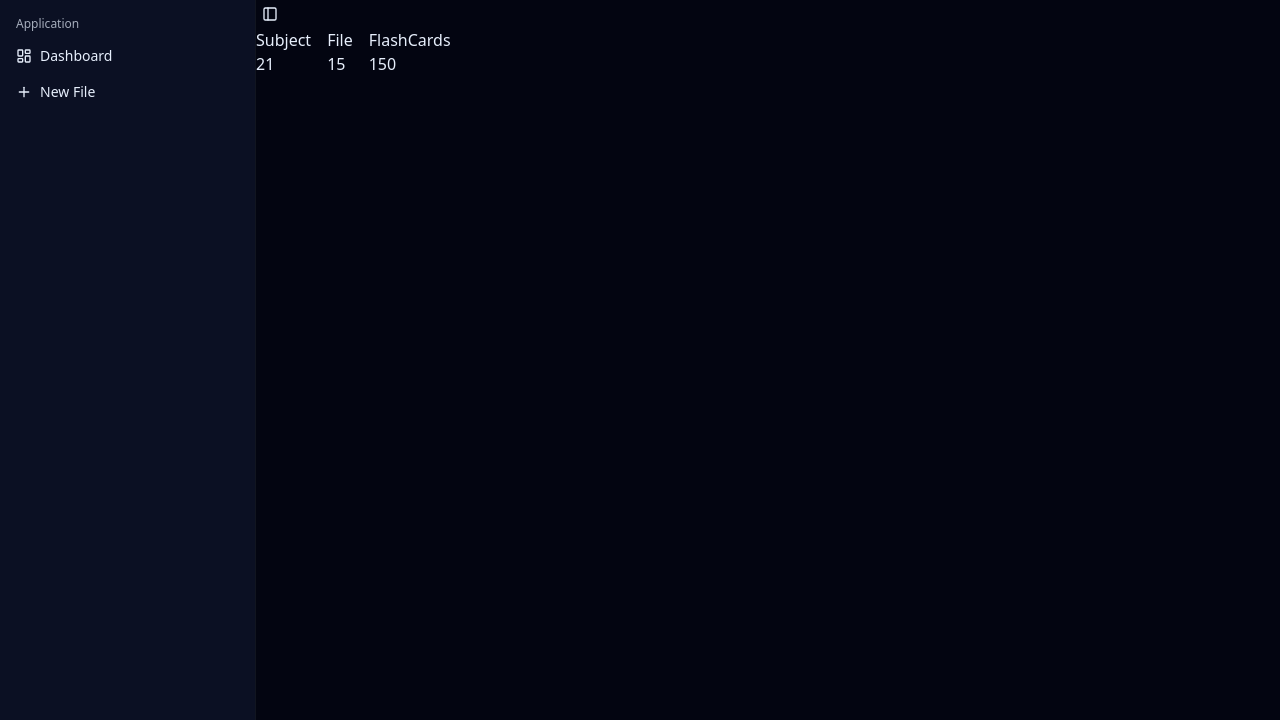
Repository: SywarDer/Student-Assistance
Page: /dashboard (app in student-assistant/)
An editor plug-in stored every save of this project. The page is shown before and after the next save, followed by the edit.
The browser window is 1280 px wide. The pictures show the whole page.
The project was rebuilt for these pictures with package versions that can differ from the ones it lists, and the page was loaded fresh each time. The framework's server and built-in components were replaced by stand-ins that run in the browser. Also part of the build but not shown: student-assistant/next.config.ts, student-assistant/components/ui/input.tsx, student-assistant/components/ui/separator.tsx, student-assistant/components/ui/skeleton.tsx. Imported but missing from the stored project, and not drawn on this page: student-assistant/components/ui/sheet.

Above is the page before, as saved 2025-10-30 19:47:18.

### student-assistant/app/layout.tsx
import type { Metadata } from "next";
import { Geist, Geist_Mono } from "next/font/google";
import "./globals.css";
import { SidebarProvider, SidebarTrigger } from "@/components/ui/sidebar";
import { AppSidebar } from "./home/components/navBar";

const geistSans = Geist({
  variable: "--font-geist-sans",
  subsets: ["latin"],
});

const geistMono = Geist_Mono({
  variable: "--font-geist-mono",
  subsets: ["latin"],
});

export const metadata: Metadata = {
  title: "Create Next App",
  description: "Generated by create next app",
};

export default function RootLayout({
children,
}: Readonly<{
  children: React.ReactNode;
}>) {
  return (
    <html lang="en">
      <body
        className={`${geistSans.variable} ${geistMono.variable} antialiased`}
      >
        <SidebarProvider>
      <AppSidebar />
      <main>
        <SidebarTrigger />
        {children}
         </main>
    </SidebarProvider>
      </body>
    </html>
  );
}

### student-assistant/app/dashboard/page.tsx
export default function Dashboard(){
    return(

        <div className="flex space-x-4">
            <div className="rounded-lg">
                <h1 className="">Subject</h1>
                <h1>21</h1>
            </div>
            <div>
                <h1>File</h1>
                <h1>15</h1>
            </div>
            <div>
                <h1>FlashCards</h1>
                <h1>150</h1>
            </div>
        </div>

    )
}

### student-assistant/app/globals.css
@import "tailwindcss";
@import "tw-animate-css";

@custom-variant dark (&:is(.dark *));

@theme inline {
  --color-background: var(--background);
  --color-foreground: var(--foreground);
  --font-sans: var(--font-geist-sans);
  --font-mono: var(--font-geist-mono);
  --color-sidebar-ring: var(--sidebar-ring);
  --color-sidebar-border: var(--sidebar-border);
  --color-sidebar-accent-foreground: var(--sidebar-accent-foreground);
  --color-sidebar-accent: var(--sidebar-accent);
  --color-sidebar-primary-foreground: var(--sidebar-primary-foreground);
  --color-sidebar-primary: var(--sidebar-primary);
  --color-sidebar-foreground: var(--sidebar-foreground);
  --color-sidebar: var(--sidebar);
  --color-chart-5: var(--chart-5);
  --color-chart-4: var(--chart-4);
  --color-chart-3: var(--chart-3);
  --color-chart-2: var(--chart-2);
  --color-chart-1: var(--chart-1);
  --color-ring: var(--ring);
  --color-input: var(--input);
  --color-border: var(--border);
  --color-destructive: var(--destructive);
  --color-accent-foreground: var(--accent-foreground);
  --color-accent: var(--accent);
  --color-muted-foreground: var(--muted-foreground);
  --color-muted: var(--muted);
  --color-secondary-foreground: var(--secondary-foreground);
  --color-secondary: var(--secondary);
  --color-primary-foreground: var(--primary-foreground);
  --color-primary: var(--primary);
  --color-popover-foreground: var(--popover-foreground);
  --color-popover: var(--popover);
  --color-card-foreground: var(--card-foreground);
  --color-card: var(--card);
  --radius-sm: calc(var(--radius) - 4px);
  --radius-md: calc(var(--radius) - 2px);
  --radius-lg: var(--radius);
  --radius-xl: calc(var(--radius) + 4px);
}

:root {
  --radius: 0.625rem;

  /* Base dark background & text */
  --background: oklch(0.12 0.03 270);        /* Dark gray-blue */
  --foreground: oklch(0.95 0.02 260);        /* Soft white */

  /* Cards & popovers */
  --card: oklch(0.18 0.04 270);              /* Slightly lighter than background */
  --card-foreground: var(--foreground);
  --popover: oklch(0.18 0.04 270);
  --popover-foreground: var(--foreground);

  /* Primary & secondary */
  --primary: oklch(0.6 0.12 260);            /* Deep blue */
  --primary-foreground: var(--foreground);
  --secondary: oklch(0.45 0.08 280);         /* Soft purple */
  --secondary-foreground: var(--foreground);

  /* Muted & accents */
  --muted: oklch(0.2 0.03 270);
  --muted-foreground: oklch(0.7 0.02 260);
  --accent: oklch(0.65 0.15 350);            /* Magenta/pinkish accent */
  --accent-foreground: var(--foreground);

  /* Destructive actions */
  --destructive: oklch(0.6 0.25 30);         /* Dark red */
  --border: oklch(0.3 0.02 270 / 40%);
  --input: oklch(0.15 0.03 270);             /* Slightly darker than card */
  --ring: oklch(0.5 0.03 270);

  /* Charts */
  --chart-1: oklch(0.65 0.22 40);
  --chart-2: oklch(0.6 0.15 170);
  --chart-3: oklch(0.4 0.08 230);
  --chart-4: oklch(0.6 0.18 300);
  --chart-5: oklch(0.55 0.2 50);

  /* Sidebar */
  --sidebar: oklch(0.18 0.04 270);
  --sidebar-foreground: var(--foreground);
  --sidebar-primary: var(--primary);
  --sidebar-primary-foreground: var(--foreground);
  --sidebar-accent: var(--accent);
  --sidebar-accent-foreground: var(--foreground);
  --sidebar-border: oklch(0.3 0.02 270 / 40%);
  --sidebar-ring: oklch(0.5 0.03 270);
}

/* Optional light mode toggle */
.light {
  --background: oklch(0.98 0.02 260);       /* Light gray */
  --foreground: oklch(0.12 0.03 270);       /* Dark text */

  --card: oklch(0.99 0.03 260);
  --card-foreground: var(--foreground);
  --popover: oklch(0.99 0.03 260);
  --popover-foreground: var(--foreground);

  --primary: oklch(0.2 0.05 260);
  --primary-foreground: var(--foreground);
  --secondary: oklch(0.5 0.1 280);
  --secondary-foreground: var(--foreground);

  --muted: oklch(0.85 0.03 270);
  --muted-foreground: oklch(0.35 0.02 260);
  --accent: oklch(0.8 0.2 350);
  --accent-foreground: var(--foreground);

  --destructive: oklch(0.9 0.25 30);
  --border: oklch(0.8 0.02 270 / 30%);
  --input: oklch(0.95 0.03 260);
  --ring: oklch(0.7 0.03 270);

  --chart-1: oklch(0.65 0.22 40);
  --chart-2: oklch(0.6 0.15 170);
  --chart-3: oklch(0.4 0.08 230);
  --chart-4: oklch(0.6 0.18 300);
  --chart-5: oklch(0.55 0.2 50);

  --sidebar: oklch(0.95 0.03 260);
  --sidebar-foreground: var(--foreground);
  --sidebar-primary: var(--primary);
  --sidebar-primary-foreground: var(--foreground);
  --sidebar-accent: var(--accent);
  --sidebar-accent-foreground: var(--foreground);
  --sidebar-border: oklch(0.8 0.02 270 / 30%);
  --sidebar-ring: oklch(0.7 0.03 270);
}



@layer base {
  * {
    @apply border-border outline-ring/50;
  }
  body {
    @apply bg-background text-foreground;
  }
}

### student-assistant/app/home/components/navBar.tsx
import { Calendar, Home, Inbox, LayoutDashboardIcon, PlusIcon, Search, Settings } from "lucide-react"

import {
  Sidebar,
  SidebarContent,
  SidebarGroup,
  SidebarGroupContent,
  SidebarGroupLabel,
  SidebarMenu,
  SidebarMenuButton,
  SidebarMenuItem,
} from "@/components/ui/sidebar"


const items = [
  {
    title: "Dashboard",
    url: "/dashboard",
    icon: LayoutDashboardIcon,
  },
  {
    title: "New File",
    url: "/new-file",
    icon: PlusIcon,
  },

]

export function AppSidebar() {
  return (
    <Sidebar>
      <SidebarContent>
        <SidebarGroup>
          <SidebarGroupLabel>Application</SidebarGroupLabel>
          <SidebarGroupContent>
            <SidebarMenu>
              {items.map((item) => (
                <SidebarMenuItem key={item.title}>
                  <SidebarMenuButton asChild>
                    <a href={item.url}>
                      <item.icon />
                      <span>{item.title}</span>
                    </a>
                  </SidebarMenuButton>
                </SidebarMenuItem>
              ))}
            </SidebarMenu>
          </SidebarGroupContent>
        </SidebarGroup>
      </SidebarContent>
    </Sidebar>
  )
}

### student-assistant/components/ui/button.tsx
import * as React from "react"
import { Slot } from "@radix-ui/react-slot"
import { cva, type VariantProps } from "class-variance-authority"

import { cn } from "@/lib/utils"

const buttonVariants = cva(
  "inline-flex items-center justify-center gap-2 whitespace-nowrap rounded-md text-sm font-medium transition-all disabled:pointer-events-none disabled:opacity-50 [&_svg]:pointer-events-none [&_svg:not([class*='size-'])]:size-4 shrink-0 [&_svg]:shrink-0 outline-none focus-visible:border-ring focus-visible:ring-ring/50 focus-visible:ring-[3px] aria-invalid:ring-destructive/20 dark:aria-invalid:ring-destructive/40 aria-invalid:border-destructive",
  {
    variants: {
      variant: {
        default: "bg-primary text-primary-foreground hover:bg-primary/90",
        destructive:
          "bg-destructive text-white hover:bg-destructive/90 focus-visible:ring-destructive/20 dark:focus-visible:ring-destructive/40 dark:bg-destructive/60",
        outline:
          "border bg-background shadow-xs hover:bg-accent hover:text-accent-foreground dark:bg-input/30 dark:border-input dark:hover:bg-input/50",
        secondary:
          "bg-secondary text-secondary-foreground hover:bg-secondary/80",
        ghost:
          "hover:bg-accent hover:text-accent-foreground dark:hover:bg-accent/50",
        link: "text-primary underline-offset-4 hover:underline",
      },
      size: {
        default: "h-9 px-4 py-2 has-[>svg]:px-3",
        sm: "h-8 rounded-md gap-1.5 px-3 has-[>svg]:px-2.5",
        lg: "h-10 rounded-md px-6 has-[>svg]:px-4",
        icon: "size-9",
        "icon-sm": "size-8",
        "icon-lg": "size-10",
      },
    },
    defaultVariants: {
      variant: "default",
      size: "default",
    },
  }
)

function Button({
  className,
  variant,
  size,
  asChild = false,
  ...props
}: React.ComponentProps<"button"> &
  VariantProps<typeof buttonVariants> & {
    asChild?: boolean
  }) {
  const Comp = asChild ? Slot : "button"

  return (
    <Comp
      data-slot="button"
      className={cn(buttonVariants({ variant, size, className }))}
      {...props}
    />
  )
}

export { Button, buttonVariants }

### student-assistant/components/ui/tooltip.tsx
"use client"

import * as React from "react"
import * as TooltipPrimitive from "@radix-ui/react-tooltip"

import { cn } from "@/lib/utils"

function TooltipProvider({
  delayDuration = 0,
  ...props
}: React.ComponentProps<typeof TooltipPrimitive.Provider>) {
  return (
    <TooltipPrimitive.Provider
      data-slot="tooltip-provider"
      delayDuration={delayDuration}
      {...props}
    />
  )
}

function Tooltip({
  ...props
}: React.ComponentProps<typeof TooltipPrimitive.Root>) {
  return (
    <TooltipProvider>
      <TooltipPrimitive.Root data-slot="tooltip" {...props} />
    </TooltipProvider>
  )
}

function TooltipTrigger({
  ...props
}: React.ComponentProps<typeof TooltipPrimitive.Trigger>) {
  return <TooltipPrimitive.Trigger data-slot="tooltip-trigger" {...props} />
}

function TooltipContent({
  className,
  sideOffset = 0,
  children,
  ...props
}: React.ComponentProps<typeof TooltipPrimitive.Content>) {
  return (
    <TooltipPrimitive.Portal>
      <TooltipPrimitive.Content
        data-slot="tooltip-content"
        sideOffset={sideOffset}
        className={cn(
          "bg-foreground text-background animate-in fade-in-0 zoom-in-95 data-[state=closed]:animate-out data-[state=closed]:fade-out-0 data-[state=closed]:zoom-out-95 data-[side=bottom]:slide-in-from-top-2 data-[side=left]:slide-in-from-right-2 data-[side=right]:slide-in-from-left-2 data-[side=top]:slide-in-from-bottom-2 z-50 w-fit origin-(--radix-tooltip-content-transform-origin) rounded-md px-3 py-1.5 text-xs text-balance",
          className
        )}
        {...props}
      >
        {children}
        <TooltipPrimitive.Arrow className="bg-foreground fill-foreground z-50 size-2.5 translate-y-[calc(-50%_-_2px)] rotate-45 rounded-[2px]" />
      </TooltipPrimitive.Content>
    </TooltipPrimitive.Portal>
  )
}

export { Tooltip, TooltipTrigger, TooltipContent, TooltipProvider }

Loaded but not shown: student-assistant/hooks/use-mobile.ts (common file); student-assistant/lib/utils.ts (common file); student-assistant/components/ui/sidebar.tsx (726 lines, source omitted)

After the next save:
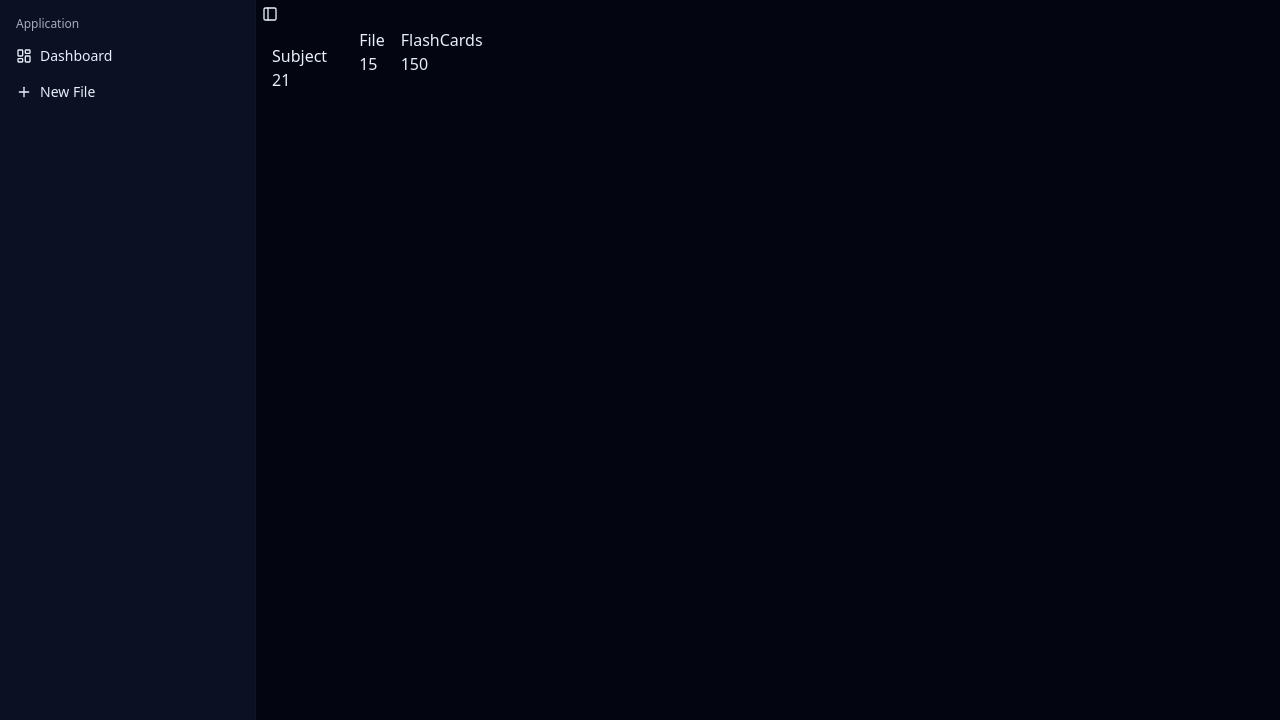
Saved 4 s later.
--- a/student-assistant/app/dashboard/page.tsx
+++ b/student-assistant/app/dashboard/page.tsx
@@ -2,7 +2,7 @@ export default function Dashboard(){
     return(
 
         <div className="flex space-x-4">
-            <div className="rounded-lg">
+            <div className="rounded-lg p-4">
                 <h1 className="">Subject</h1>
                 <h1>21</h1>
             </div>
